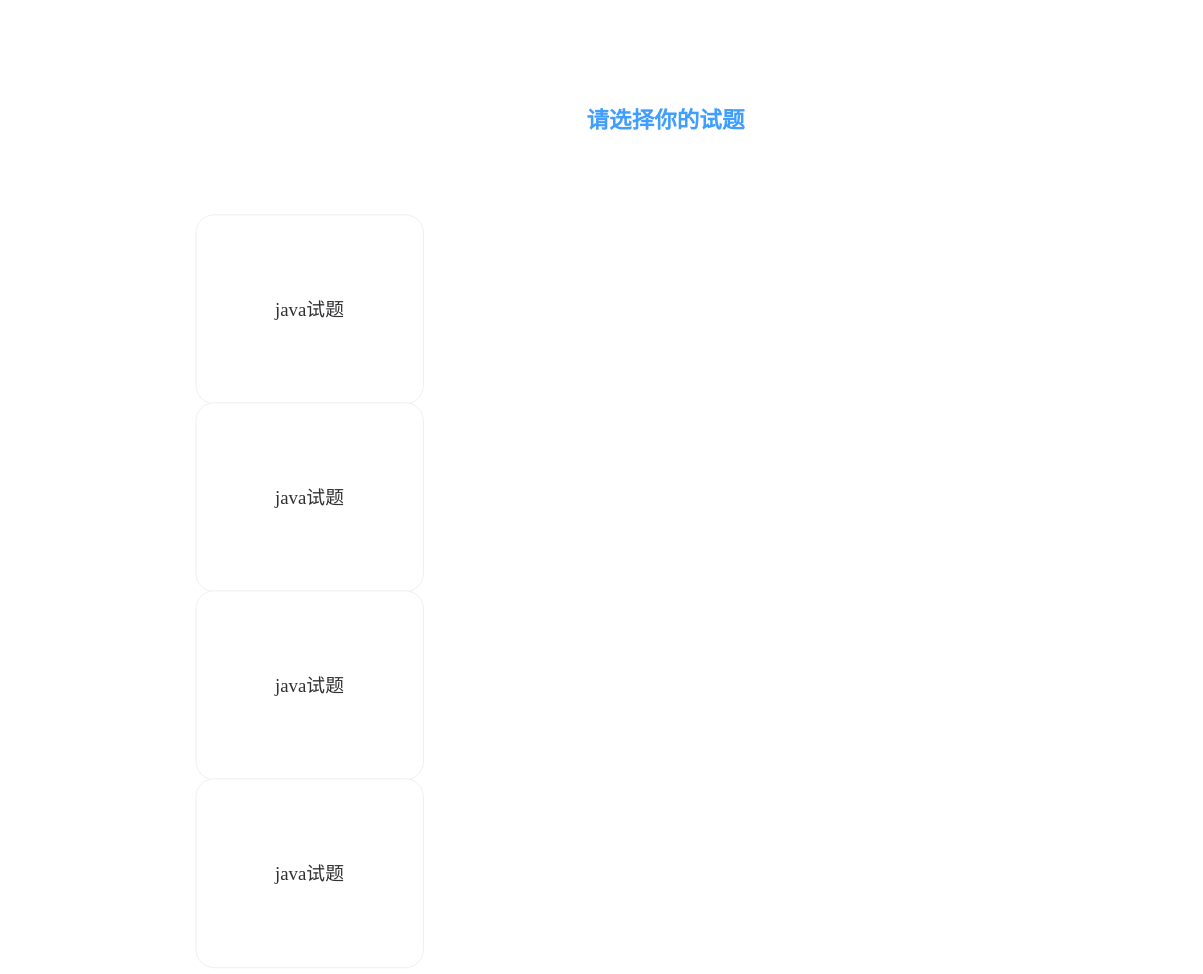
Repository: Fhup/OQP
Page: /home
An editor plug-in stored every save of this project. The page is shown before and after the next save, followed by the edit.
The browser window is 1280 px wide. The pictures show the whole page, at 94% of full size.
The project was rebuilt for these pictures with package versions that can differ from the ones it lists, and the page was loaded fresh each time.

Above is the page before, as saved 2021-11-28 08:55:06.

### index.html
<!DOCTYPE html>
<html>
  <head>
    <meta charset="utf-8">
    <meta name="viewport" content="width=device-width,initial-scale=1.0">
    <title>oqp</title>
  </head>
  <body>
    <div id="app"></div>
    <!-- built files will be auto injected -->
  </body>
</html>

### src/main.js
import Vue from 'vue'
import App from './App'
import router from './router'

import ElementUI from 'element-ui';
import 'element-ui/lib/theme-chalk/index.css';

Vue.config.productionTip = false


Vue.use(ElementUI);

new Vue({
    el: '#app',
    router,
    render: h => h(App)
})

### src/App.vue
<template>
  <div id="app">
    <router-view></router-view>
  </div>
</template>

<script>
export default {
    name: 'App',
}
</script>

<style scoped>
  @import url('assets/css/base.css');
</style>

### src/router/index.js
//配置路由相关的信息
import Vue from 'vue'
import Router from 'vue-router'

const home = () =>
    import ('views/home/home')
const login = () =>
    import ('views/login/login')



// Vue.use() 安装插件
Vue.use(Router);
// 对多次push进行处理
const originalPush = Router.prototype.push
Router.prototype.push = function push(location) {
    return originalPush.call(this, location).catch(err => err)
}

var routes = [{
        path: "",
        redirect: "/login"
    },
    {
        path: "/login",
        component: login
    },
    {
        path: "/home",
        component: home
    }
]

const router = new Router({
    mode: 'history',
    linkActiveClass: 'active',
    routes
})


//前置守卫(guard)
// router.beforeEach((to, from, next) => {
//     //从from到to 实现路由导航
//     document.title = to.matched[0].meta.title
//     next()
// })

//后置钩子(hook)
// router.afterEach((to, from) => {
//     // console.log('----------')
// })

export default router

### src/views/home/home.vue
<template>
<div class="home">
  <home-check/>
</div>
</template>

<script>
import homeCheck from './childCopms/homeCheck.vue';
export default {
  components: { homeCheck },
  name: 'Home',

  data() {
    return {

    };
  },

  mounted() {

  },

  methods: {

  },
};
</script>

<style scoped>

</style>

### src/views/home/childCopms/homeCheck.vue
<template>
  <div class="homecheck">
      <el-row>
        <el-col :span="24"><div class="top">
          <h2>请选择你的试题</h2>
        </div></el-col>
      </el-row>
      <div>
        <el-row :gutter="10" v-for="(index,item) in type" :key="index">
        <home-check-item/>
      <!-- <el-col :span="6"><div class="grid-content" @click="check('java')">
        <el-card shadow="hover" >
          java试题
        </el-card>
      </div></el-col>
      <el-col :span="6"><div class="grid-content" @click="check('c')">
        <el-card shadow="hover" >
          c语言试题
        </el-card>
      </div></el-col>
      <el-col :span="6"><div class="grid-content" @click="check('javascript')">
        <el-card shadow="hover" >
          javascript试题
        </el-card>
      </div></el-col>
      <el-col :span="6"><div class="grid-content" @click="check('vue')">
        <el-card shadow="hover">
          vue试题
        </el-card>
      </div></el-col> -->
      </el-row>
      </div>
  <el-dialog
    :title="checked"
    :visible.sync="dialogVisible"
    width="30%"
    :before-close="handleClose">
    <div>
      <div class="block">
        <span class="demonstration">选择试题个数(默认为10个)</span>
        <el-slider
          v-model="value"
          :step="10"
          :min="10"
          show-stops>
        </el-slider>
      </div>
    </div>
    <span slot="footer" class="dialog-footer">
      <el-button @click="dialogVisible = false">取 消</el-button>
      <el-button type="primary" @click="dialogVisible = false">确 定</el-button>
    </span>
  </el-dialog>
  </div>
</template>

<script>
import homeCheckItem from './homeCheckItem.vue';
export default {
  components: { homeCheckItem },
  name: 'homeCheck',

  data() {
    return {
      type:["java","c","javascript","vue"],
      dialogVisible: false,
      checked:null,
      value:[10,100]
    };
  },

  mounted() {

  },

  methods: {
    handleClose(done) {
        this.$confirm('确认关闭？')
          .then(_ => {
            done();
          })
          .catch(_ => {});
      },
    check(info){
      this.dialogVisible=true
      this.checked=info
    }
  },
};
</script>

<style scoped>
.homecheck{
    margin: 0 200px;
    min-width: 1000px;
    user-select: none;
  }
  .top{
    height: 200px;
    line-height: 200px;
    text-align: center;
  }
  h2{
    cursor: help;
    color:  #409EFF;
  }
</style>

<style>
  .homecheck .grid-content {
    min-height: 200px;
    min-width: 200px;
    height: 200px;
    border-radius: 20px;
    line-height: 160px;
    text-align: center;
    font-size: 20px;
    cursor: pointer;
  }
  .homecheck .el-card{
    height: 200px;
    border-radius: 20px;
  }
</style>

### src/views/home/childCopms/homeCheckItem.vue
<template>
    <el-col :span="6"><div class="grid-content">
        <el-card shadow="hover" >
          java试题
        </el-card>
    </div></el-col>
</template>

<script>
export default {
  name: 'homeCheckItem',

  data() {
    return {
    };
  },

  mounted() {

  },

  methods: {

  },
};
</script>

<style scoped>

</style>

<style>

</style>

Loaded but not shown: src/assets/css/base.css (common file)

After the next save:
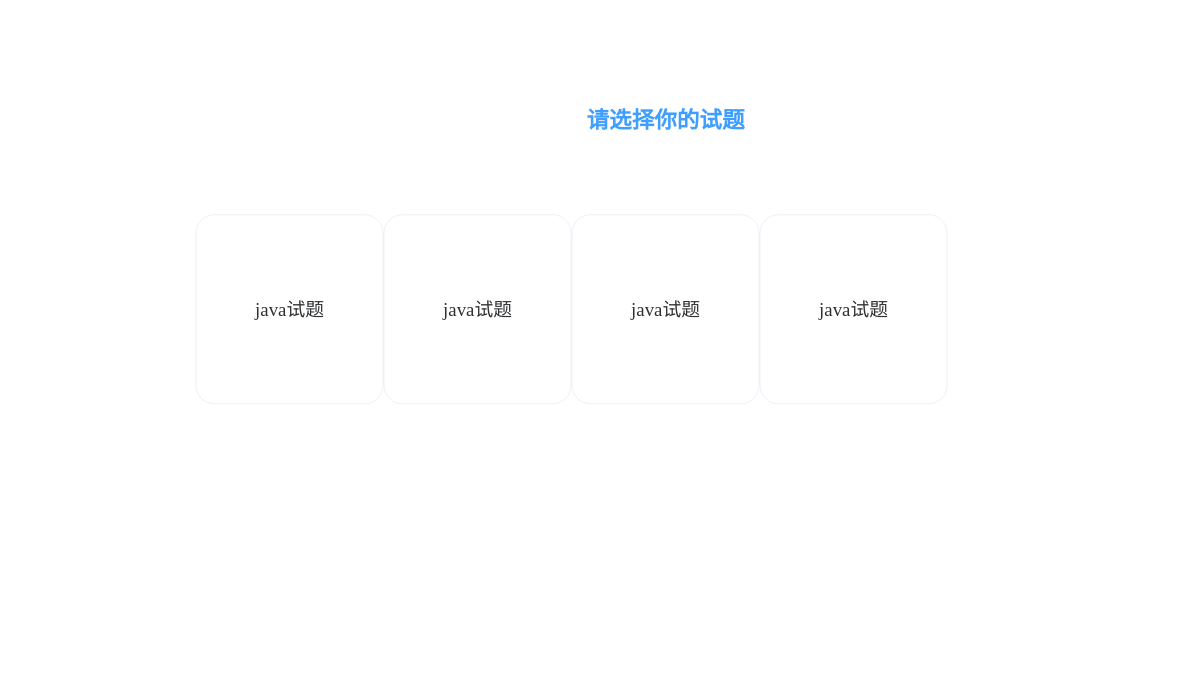
Saved 90 s later.
--- a/src/views/home/childCopms/homeCheck.vue
+++ b/src/views/home/childCopms/homeCheck.vue
@@ -5,7 +5,7 @@
           <h2>请选择你的试题</h2>
         </div></el-col>
       </el-row>
-      <div>
+      <div style="display:flex">
         <el-row :gutter="10" v-for="(index,item) in type" :key="index">
         <home-check-item/>
       <!-- <el-col :span="6"><div class="grid-content" @click="check('java')">
